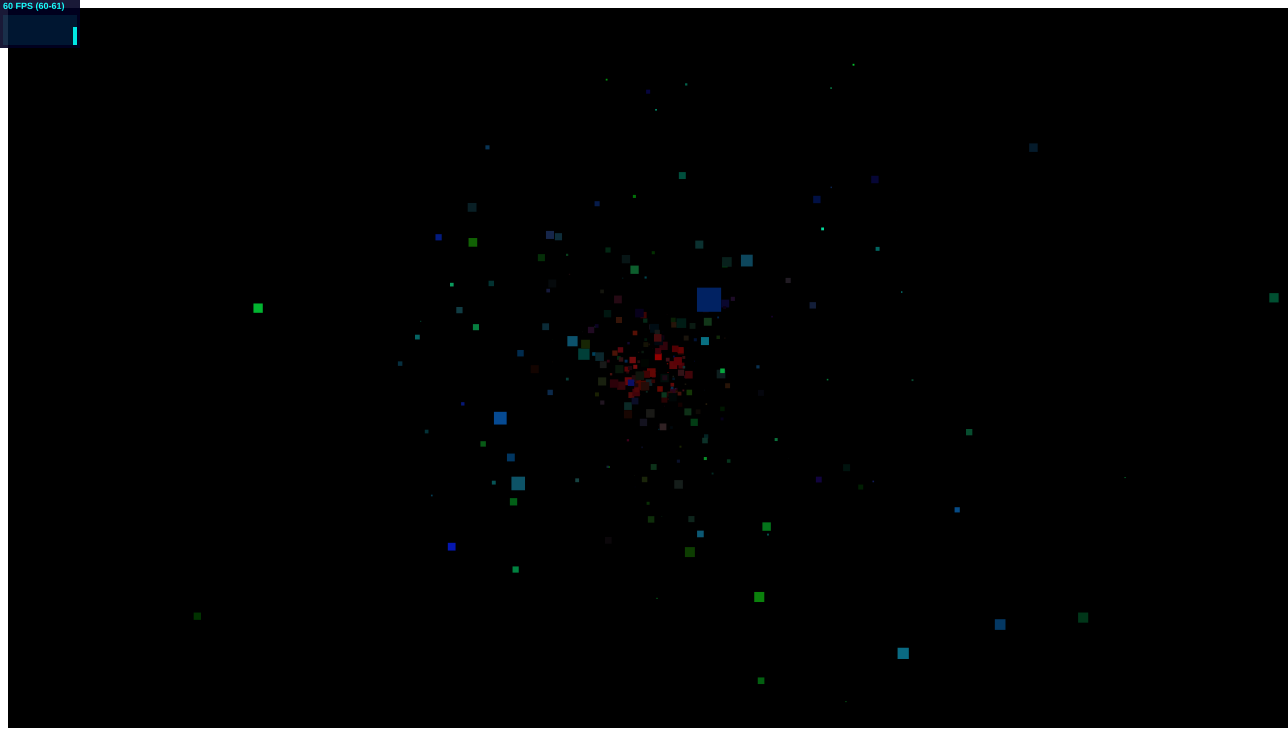
Repository: jocarsa/ThreeJSVJ
Page: index19.html
The author's editor kept a record of every edit. The page is drawn from the files as they stood at one moment, then again after the next edit.
The browser window is 1280 px wide. The page is 1288 px wide, so the pictures cover 1288 px, including what lies to the right of the window. The pictures show the whole page.

Above is the page before.

After the next edit:
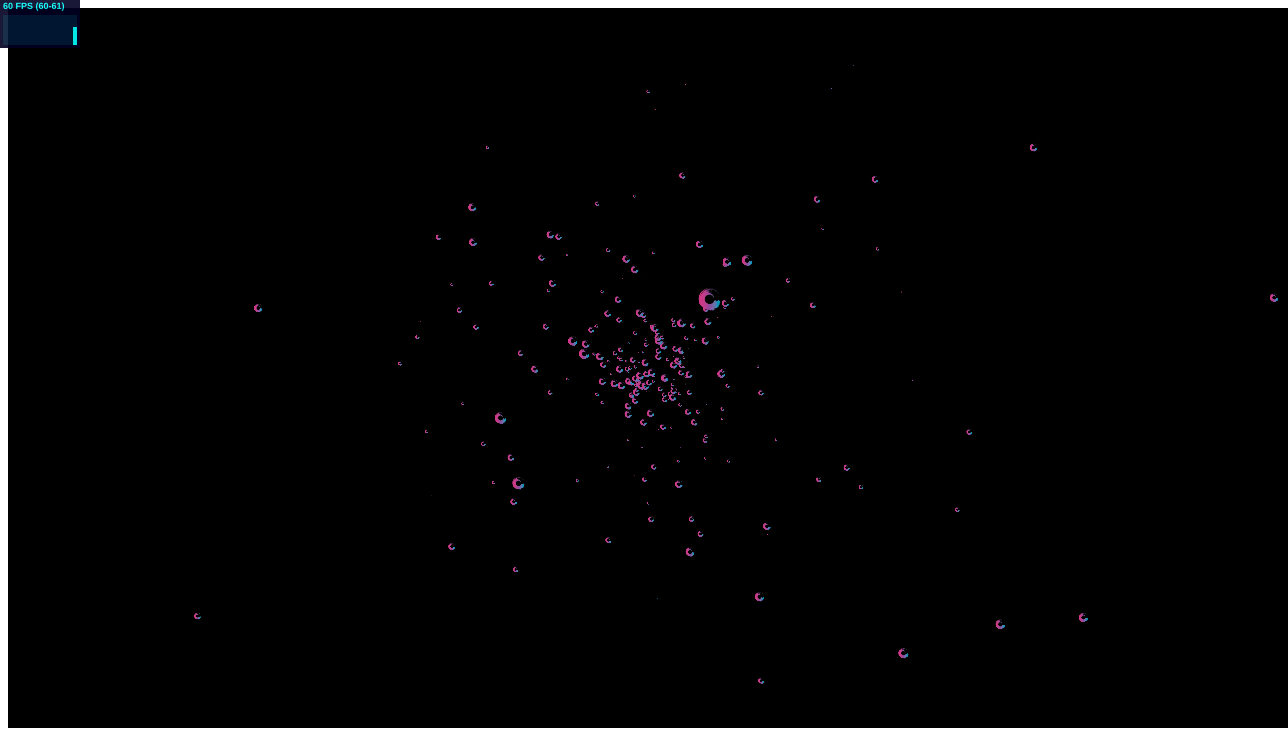
The edit:
--- a/index19.html
+++ b/index19.html
@@ -76,7 +76,7 @@
 					} );*/
 					var mitextura = THREE.ImageUtils.loadTexture("log.png");
 					var material = new THREE.SpriteMaterial( {
-						 color: 0x080808*Math.random(),program: program
+						 map:mitextura,color: 0x080808*Math.random(),program: program
 					} );
 					//var material = new THREE.MeshPhongMaterial({color:0xff0000})
 
